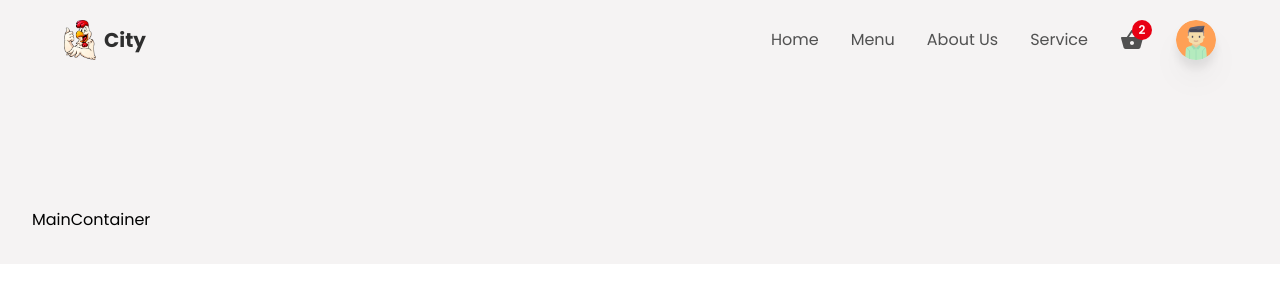
Repository: shorifuddin2/Responsive-Navbar-Redux-
Page: /
These files come from the project's save history. The page is drawn as it stood at one moment and after a run of saves; the edit follows.
The browser window is 1280 px wide. The pictures show the whole page.
The project was rebuilt for these pictures with package versions that can differ from the ones it lists, and the page was loaded fresh each time. Also part of the build but not shown: src/Component/CreateContainer.jsx.

Above is the page before, as saved 2022-06-26 23:11:24.

### src/index.js
import React from "react";
import ReactDOM from "react-dom";
import './index.css'

import { BrowserRouter as Router } from "react-router-dom";

import App from './App'
import { StateProvider } from "./Component/context/StateProvider";
import { initialState } from "./Component/context/initalState";
import reducer from "./Component/context/reducer";

ReactDOM.render(
<Router>
<StateProvider initialState={initialState} reducer={reducer}>
    <App/>
</StateProvider>
</Router>
,

document.getElementById("root"));

### src/index.css
@import url(https://fonts.googleapis.com/css?family=Poppins:100,100italic,200,200italic,300,300italic,regular,italic,500,500italic,600,600italic,700,700italic,800,800italic,900,900italic);

*{
    margin: 0;
    padding: 0;
    box-sizing: border-box;
}

body{
    font-family: 'Poppins',sans-serif, system-ui, -apple-system, BlinkMacSystemFont, 'Segoe UI', Roboto, Oxygen, Ubuntu, Cantarell, 'Open Sans', 'Helvetica Neue', sans-serif;
}

html,
body{
    scroll-behavior: smooth;
}

@tailwind base;
@tailwind components;
@tailwind utilities;

### src/App.js
import React from 'react';
import { Routes, Route } from 'react-router-dom';
import { AnimatePresence } from 'framer-motion';
import { CreateContainer, Header, MainContainer } from './Component';

const App = () => {
    return (
       <AnimatePresence>
         <div className='w-screen h-auto flex-col bg-primary'>
            <Header/>

            <main className='mt-24 p-8 w-full'>
                 <Routes>
                    <Route path="/*" element={<MainContainer/>}/>
                    <Route path="/createItem" element={<CreateContainer/>}/>
                 </Routes>
            </main>
        </div>
       </AnimatePresence>
    );
};

export default App;

### src/Component/context/StateProvider.js
import React, {createContext, useContext, useReducer} from "react";

export const StateContext = createContext();

export const StateProvider =({reducer, initialState, children})=>(

    <StateContext.Provider value={useReducer(reducer, initialState)}>
        {children}
    </StateContext.Provider>
);


    export const useStateValue = () => useContext(StateContext)

### src/Component/context/initalState.js
import { fetchUser } from "../../utils/fetchLocalStorageData"


const userInfo = fetchUser()

export const initialState = {
    user: userInfo,
}

### src/Component/context/reducer.js
export const actionType ={
    SET_USER: "SET_USER",
};

const reducer = (state, action) =>{
    console.log(action);

    switch (action.type){
        case actionType.SET_USER:
            return{
                ...state,
                user: action.user,
            };
    }
}

export default reducer;

### src/Component/index.js
export {default as Header} from "./Header";
export {default as MainContainer} from "./MainContainer";
export {default as CreateContainer} from "./CreateContainer";

### src/utils/fetchLocalStorageData.js
export const fetchUser =()=>{
    const userInfo = localStorage.getItem("user") !== "undefined"
    ? JSON.parse(localStorage.getItem("user"))
    : localStorage.clear();
    return userInfo;
};

### src/Component/Header.jsx
import React from 'react';
import {MdShoppingBasket} from "react-icons/md"
import { motion} from "framer-motion";
import Logo from "../img/logo.png";
import Avatar from "../img/avatar.png"
import { Link } from 'react-router-dom';

import { getAuth, signInWithPopup, GoogleAuthProvider } from "firebase/auth";
import { app } from '../firebase.config';
import { async } from '@firebase/util';
import { useStateValue } from './context/StateProvider';
import { actionType } from './context/reducer';

const Header = () => {

    const firebaseAuth = getAuth(app);
    const provider = new GoogleAuthProvider();

    const[{user}, dispatch] = useStateValue()

    const Login = async ()=>{
        if(!user){
            const {user : {refreshToken, providerData}} = await signInWithPopup(firebaseAuth, provider);
            dispatch({
            type : actionType.SET_USER,
            user: providerData[0],
        })
        localStorage.setItem("user", JSON.stringify(providerData[0]));
        }
    }
    return (
        <header className='flexed z-50 w-screen p-5 px-16'>
            {/* desktop & tablet */}
            <div className='hidden md:flex w-full h-full items-center justify-between'>
                <Link to={"/"} className='flex items-center gap-2'>
                <img src={Logo} className="w-8 object-cover" alt="logo" />
                    <p className='text-headingColor text-xl font-bold'>City</p>
                </Link>

                <div className='flex items-center gap-8'>
                <ul className='flex items-center gap-8'>
                    <li className='text-base text-textColor hover:text-headingColor duration-100 transition-all ease-in-out cursor-pointer'>Home</li>
                    <li className='text-base text-textColor hover:text-headingColor duration-100 transition-all ease-in-out cursor-pointer'>Menu</li>
                    <li className='text-base text-textColor hover:text-headingColor duration-100 transition-all ease-in-out cursor-pointer'>About Us</li>
                    <li className='text-base text-textColor hover:text-headingColor duration-100 transition-all ease-in-out cursor-pointer'>Service</li>
                </ul>

                <div className='relative flex items-center justify-center'>
                    <MdShoppingBasket className='text-textColor text-2xl cursor-pointer'/>
                    <div className='absolute -top-2 -right-2 w-5 h-5 rounded-full bg-cartNumBg flex items-center justify-center'>
                        <p className='text-xs text-white font-semibold'>2</p>
                    </div>
                </div>
                <div className='relative'>
                <motion.img whileTap={{scale: 0.6}} src={user ? user.photoURL : Avatar} className="w-10 min-w-[40px] h-10 min-h-[40px] drop-shadow-xl cursor-pointer rounded-full" alt="UserProfile" onClick={Login}/>

                <div>

                </div>
                </div>
                </div>
            </div>

            {/* mobile */}
            <div className='flex md:hidden w-full h-full'>

            </div>
        </header>
    );
};

export default Header;

### src/Component/MainContainer.jsx
import React from 'react';

const MainContainer = () => {
    return (
        <div>
            MainContainer
        </div>
    );
};

export default MainContainer;

### src/firebase.config.js
import { getApp, getApps, initializeApp} from "firebase/app";
import {getFirestore} from "firebase/firestore";
import {getStorage} from "firebase/storage";

const firebaseConfig = {
    apiKey: "AIzaSyBL8A9yVC_6DQs2p30Fez5Aq6ffbL2fovU",
    authDomain: "restaurant-51b59.firebaseapp.com",
    databaseURL: "https://restaurant-51b59-default-rtdb.firebaseio.com",
    projectId: "restaurant-51b59",
    storageBucket: "restaurant-51b59.appspot.com",
    messagingSenderId: "537617740410",
    appId: "1:537617740410:web:4baacec6d1b10b994cc1c3"
  };

  const app = getApps.length > 0 ? getApp() : initializeApp(firebaseConfig);
  const firestore = getFirestore(app);
  const storage = getStorage(app);

  export {app, getFirestore, storage}

### tailwind.config.js
/** @type {import('tailwindcss').Config} */
module.exports = {
  content: [
    "./src/**/*.{js,jsx,ts,tsx}",
  ],
  theme: {
    extend: {
      width:{
        150: "150px",
        190: "190px",
        225: "225px",
        275: "275px",
        300: "300px",
        340: "340px",
        350: "350px",
        375: "375px",
        460: "460px",
        656: "656px",
        880: "880px",
        508: "508px",
      },
      height:{
        80: "80px",
        150: "150px",
        225: "225px",
        300: "300px",
        340: "340px",
        370: "370px",
        420: "420px",
        510: "510px",
        685: "685px",
        800: "800px",
        "90vh": "90vh",
      },
      minWidth:{
        210: "210px",
        350: "350px",
        620: "620px",
      },
      screens: {
        sm: "640px",
        md: "768px",
        lg: "1024px",
        xl: "1280px",
        "2xl": "1536px",
      },
      colors: {
        headingColor : "#2e2e2e",
        textColor : "#515151",
        cartNumBg : "#e80013",
        primary : "#f5f3f3"

      }
    },
  },
  plugins: [],
}

Loaded but not shown: public/index.html (common file)

After the next 5 saves:
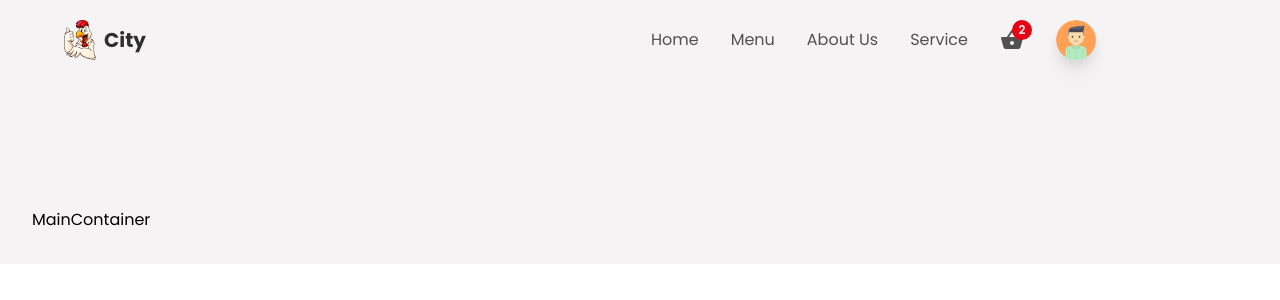
The 5 saves are shown as one change because they came seconds apart.
The last was saved 13 s later.
--- a/src/Component/Header.jsx
+++ b/src/Component/Header.jsx
@@ -54,7 +54,7 @@ const Header = () => {
                 <div className='relative'>
                 <motion.img whileTap={{scale: 0.6}} src={user ? user.photoURL : Avatar} className="w-10 min-w-[40px] h-10 min-h-[40px] drop-shadow-xl cursor-pointer rounded-full" alt="UserProfile" onClick={Login}/>
 
-                <div>
+                <div className='w-40 '>
 
                 </div>
                 </div>
